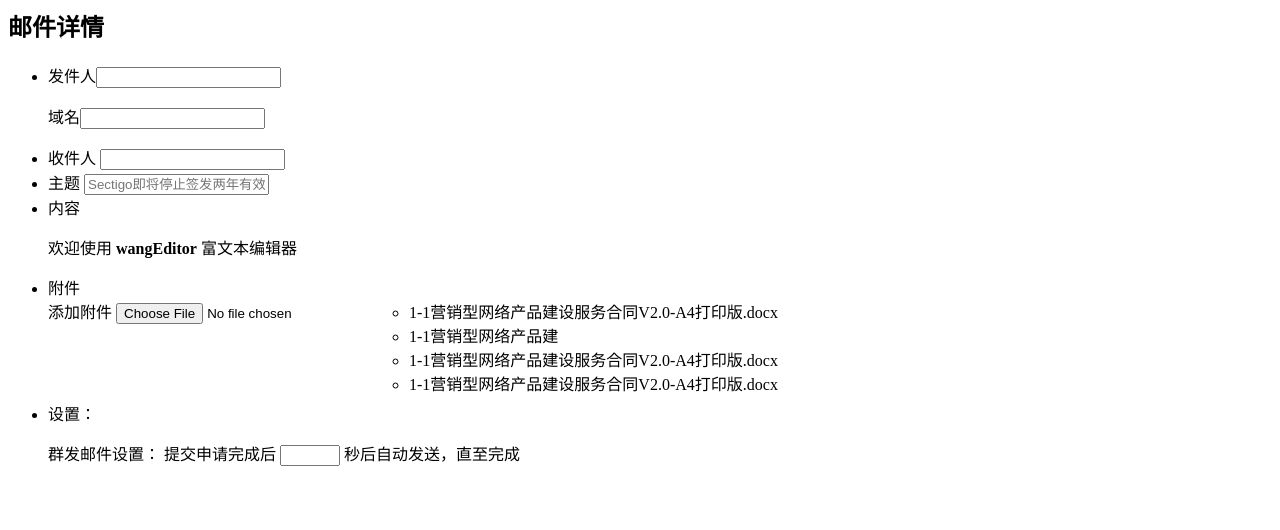
Repository: wangyan466393/racentSystem
Page: emailDetail.html
An editor plug-in stored every save of this project. The page is shown before and after the next save, followed by the edit.
The browser window is 1280 px wide. The pictures show the whole page.

Above is the page before, as saved 2020-08-12 10:04:57.

After the next save:
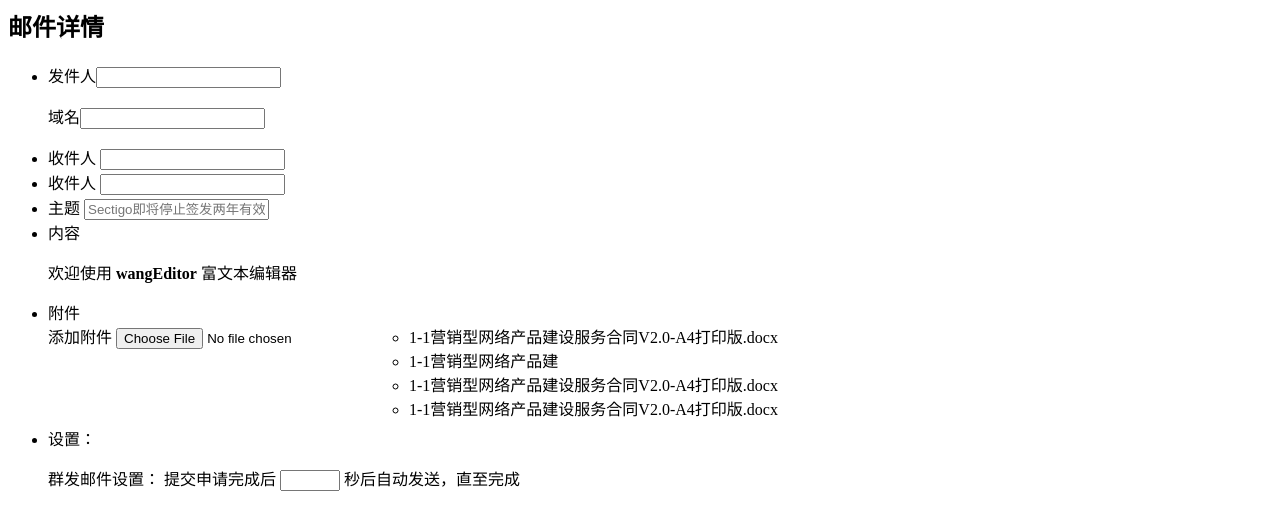
Saved 75 s later.
--- a/emailDetail.html
+++ b/emailDetail.html
@@ -14,6 +14,10 @@
                     <span>域名</span><input type="text" class="domain_name">
                 </p>
 
+            </li>
+            <li>
+                <span>收件人</span>
+                <input type="text" class="attn">
             </li>
             <li>
                 <span>收件人</span>
